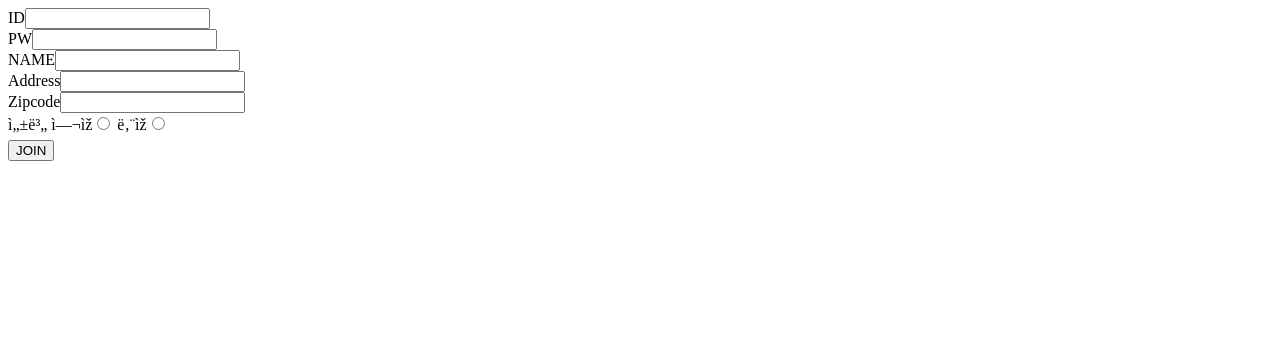
Repository: Moonsun23/jsp
Page: http://localhost/db-connect/join-form.jsp
An editor plug-in stored every save of this project. The page is shown before and after the next save, followed by the edit.
The browser window is 1280 px wide. The pictures show the whole page.
The page is served by Tomcat 9.

Above is the page before, as saved 2023-06-07 01:12:35.

After the next save:
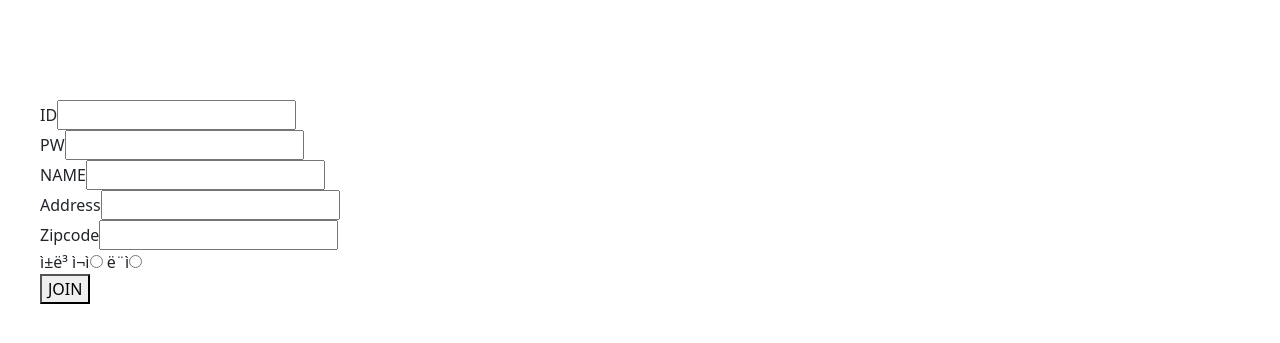
Saved 2 min 26 s later.
--- a/db-connect/src/main/webapp/join-form.jsp
+++ b/db-connect/src/main/webapp/join-form.jsp
@@ -1,3 +1,4 @@
+<%@include file = "include/header.jsp" %>
 <body>
   <form action="join-process.jsp" method="post" class="join">
     <!--  // method는 get과 post가 s있는데 비번이 있을땐 포스트!!!! get으로 하면 정보가 다 주소창에 뜸 -->
